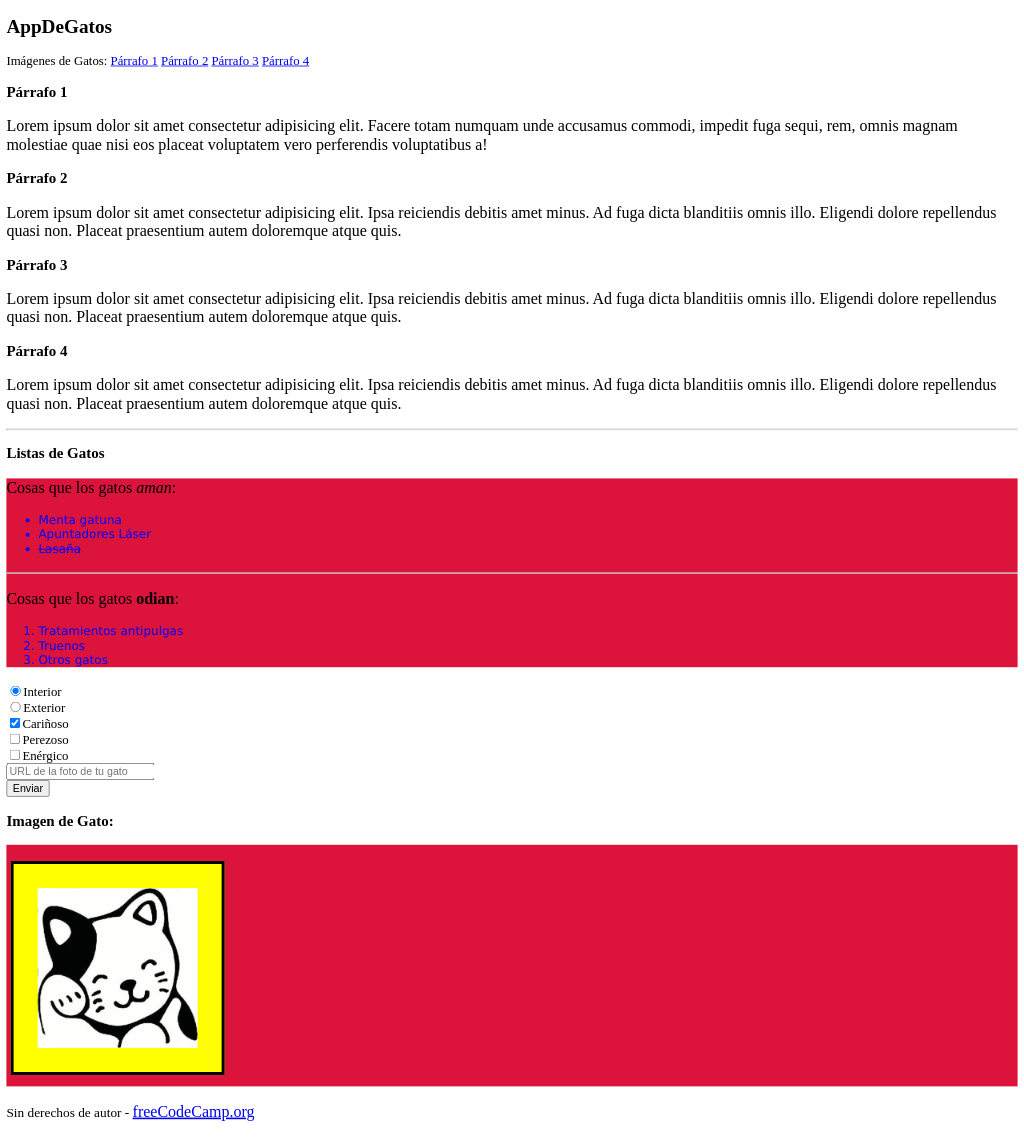
Repository: pedro-donoso/curso-html---css
Page: index.html
An editor plug-in stored every save of this project. The page is shown before and after a run of saves, followed by the edit.
The browser window is 1280 px wide. The pictures show the whole page, at 80% of full size.

Above is the page before, as saved 2023-11-16 20:57:21.

### index.html
<!DOCTYPE html>
<html lang="es">

<head>
  <meta charset="UTF-8">
  <meta name="viewport" content="width=device-width, initial-scale=1.0">
  <title>AppDeGatos</title>
  <link rel="stylesheet" href="./style.css">
</head>

<body>
  <h2>AppDeGatos</h2>
  <main <h3>Imágenes de Gatos:</h3>

    <a href="#parrafo-1">Párrafo 1</a>
    <a href="#parrafo-2">Párrafo 2</a>
    <a href="#parrafo-3">Párrafo 3</a>
    <a href="#parrafo-4">Párrafo 4</a>

    <h3 id="parrafo-1">Párrafo 1</h3>

    <p>Lorem ipsum dolor sit amet consectetur adipisicing elit. Facere totam numquam unde accusamus commodi, impedit
      fuga sequi, rem, omnis magnam molestiae quae nisi eos placeat voluptatem vero perferendis voluptatibus a!</p>

    <h3 id="parrafo-2">Párrafo 2</h3>

    <p>Lorem ipsum dolor sit amet consectetur adipisicing elit. Ipsa reiciendis debitis amet minus. Ad fuga dicta
      blanditiis omnis illo. Eligendi dolore repellendus quasi non. Placeat praesentium autem doloremque atque quis.</p>

    <h3 id="parrafo-3">Párrafo 3</h3>

    <p>Lorem ipsum dolor sit amet consectetur adipisicing elit. Ipsa reiciendis debitis amet minus. Ad fuga dicta
      blanditiis omnis illo. Eligendi dolore repellendus quasi non. Placeat praesentium autem doloremque atque quis.</p>

    <h3 id="parrafo-4">Párrafo 4</h3>

    <p>Lorem ipsum dolor sit amet consectetur adipisicing elit. Ipsa reiciendis debitis amet minus. Ad fuga dicta
      blanditiis omnis illo. Eligendi dolore repellendus quasi non. Placeat praesentium autem doloremque atque quis.</p>

    <hr>

    <h3>Listas de Gatos</h3>

    <div>
      <p>Cosas que los gatos <em>aman</em>:</p>
      <ul class="lista-de-gatos">
        <li>Menta gatuna</li>
        <li>Apuntadores Láser</li>
        <li><s>Lasaña</s></li>
      </ul>

      <hr>

      <p>Cosas que los gatos <strong>odian</strong>:</p>
      <ol class="lista-de-gatos">
        <li>Tratamientos antipulgas</li>
        <li>Truenos</li>
        <li>Otros gatos</li>
      </ol>
    </div>


    <form action="/enviar-respuesta">

      <!-- botones de radio -->
      <label for="interior">
        <input type="radio" value="interior" id="interior" name="interior-exterior" checked>Interior </label>

      <br>

      <label for="exterior"><input type="radio" value="exterior" id="exterior" name="interior-exterior">Exterior</label>

      <br>

      <!-- casilla de verificación -->
      <label for="carinoso"> <input type="checkbox" name="personalidad id=" carinoso" checked>Cariñoso</label>

      <br>

      <label for="perezoso"><input type="checkbox" name="personalidad" id="perezoso">Perezoso</label>

      <br>

      <label for="energico"><input type="checkbox" name="personalidad" id="energico">Enérgico</label>

      <br>

      <!-- texto y boton enviar -->
      <input type="text" placeholder="URL de la foto de tu gato" required>

      <br>

      <button type="submit">Enviar</button>
    </form>

    <h3>Imagen de Gato:</h3>
    <div>
      <a href="https://www.freecodecamp.org/espanol/" target="_blank" rel="noopener noreferrer"><img
          src="./assets/img/gato.jpg" alt="gato"></a>
    </div>

  </main>

  <footer>
    <p><small>Sin derechos de autor - <a href="https://www.freecodecamp.org/español/"></small>freeCodeCamp.org</a></p>
  </footer>

</body>

</html>

### style.css
p,
ul,
ol {
  font-size: 20px;
}

li {
  color: blue;
  font-size: 15px;
  font-family: Verdana;
}

div{
  background-color: crimson;
}

img {
  padding: 30px;
  margin: 20px 15px 10px 5px;
  background-color: yellow;
  border-width: 4px;
  border-color: black;
  border-style: solid;
  width: 200px;
}

After the next 2 saves:
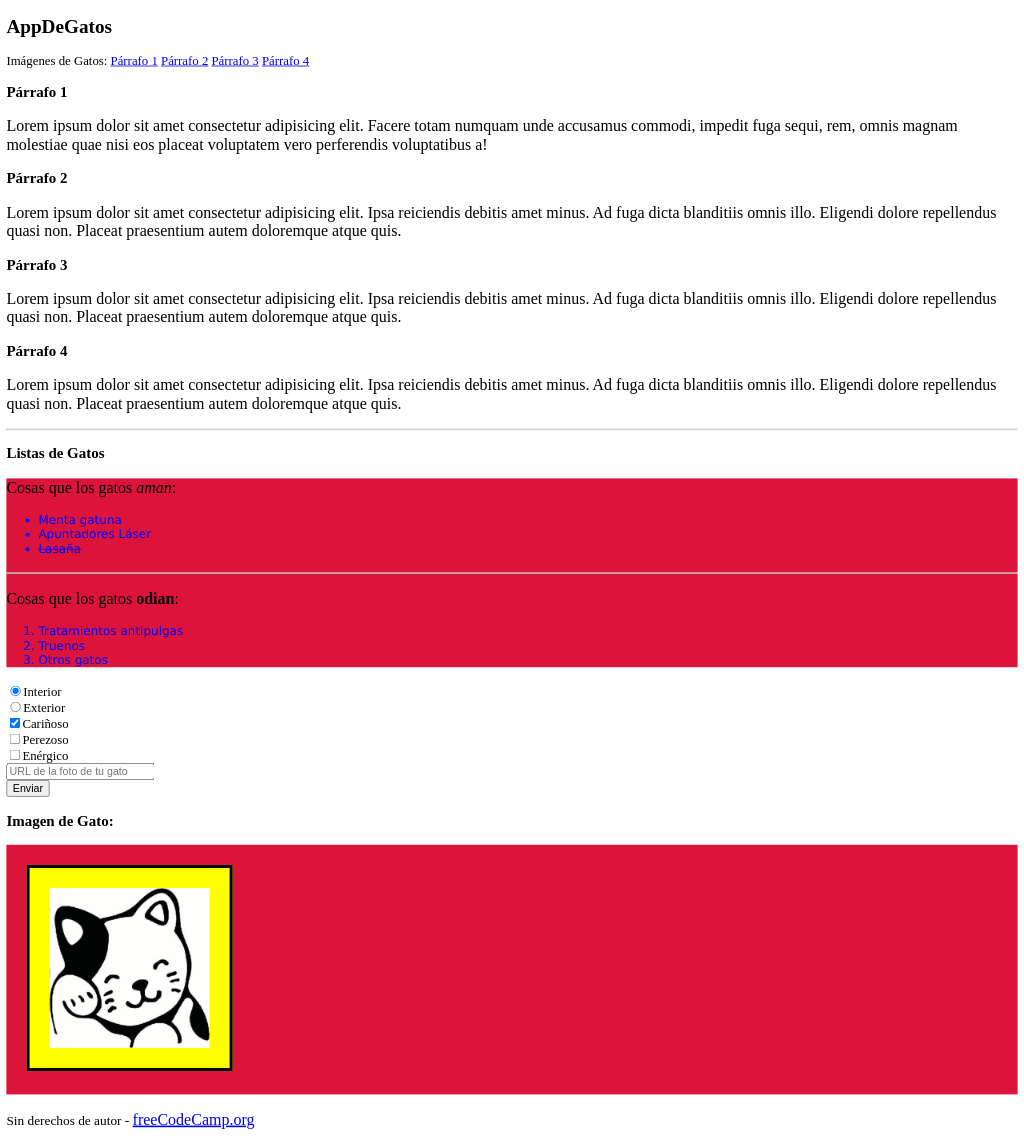
The 2 saves are shown as one change because they came seconds apart.
The last was saved 15 s later.
--- a/style.css
+++ b/style.css
@@ -15,8 +15,8 @@
 }
 
 img {
-  padding: 30px;
-  margin: 20px 15px 10px 5px;
+  padding: 25px;
+  margin: 25px;
   background-color: yellow;
   border-width: 4px;
   border-color: black;
